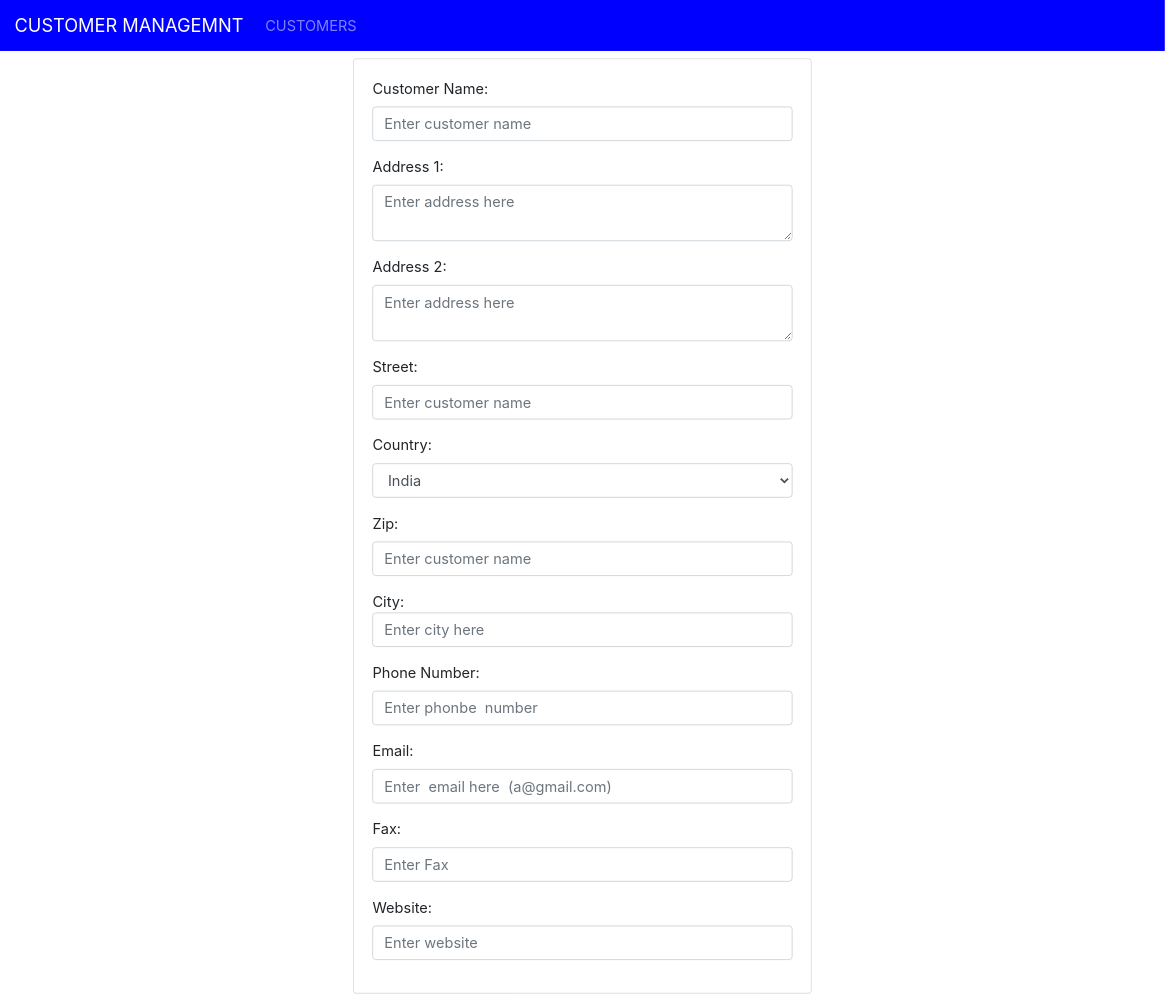
Repository: shruti-2522/webdirekt-assignment
Page: http://localhost/Customer-Project/customer-form.jsp
An editor plug-in stored every save of this project. The page is shown before and after the next save, followed by the edit.
The browser window is 1280 px wide. The pictures show the whole page, at 91% of full size.
The page is served by Tomcat 9. Other server files are loaded and not shown.

Above is the page before, as saved 2021-07-05 10:43:29.

### Customer-Project/src/main/webapp/customer-form.jsp
<%@ page language="java" contentType="text/html; charset=ISO-8859-1"
	pageEncoding="ISO-8859-1"%>
<!DOCTYPE html>
<html>
<head>
<meta charset="ISO-8859-1">
<title>Add Customer</title>
<link rel="stylesheet"
	href="https://cdn.jsdelivr.net/npm/bootstrap@4.5.3/dist/css/bootstrap.min.css"
	integrity="sha384-TX8t27EcRE3e/ihU7zmQxVncDAy5uIKz4rEkgIXeMed4M0jlfIDPvg6uqKI2xXr2"
	crossorigin="anonymous">
</head>
<body>

	<header>
		<nav class="navbar navbar-expand-md navbar-dark"
			style="background-color: blue">
			<div>
				<a class="navbar-brand">CUSTOMER MANAGEMNT</a>
			</div>

			<ul class="navbar-nav">
				<li><a href="<%=request.getContextPath()%>/list"
					class="nav-link">CUSTOMERS</a></li>
			</ul>
		</nav>


	</header>

	<div class="container col-md-5 mt-2">
		<div class="card">
			<div class="card-body">

				<fieldset class="form-group">
					<label>Customer Name:</label> <input type="text"
						class="form-control" placeholder="Enter customer name" name="name"
						required>
				</fieldset>


				<fieldset class="form-group">
					<label>Address 1:</label>
					<textarea class="form-control" name="addr1" placeholder="Enter address here" ></textarea>
			</fieldset>



				<fieldset class="form-group">
					<label>Address 2:</label>
					<textarea class="form-control" name="addr2" placeholder="Enter address here" ></textarea>
			</fieldset>

			<fieldset class="form-group">
					<label>Street:</label> <input type="text"
						class="form-control" placeholder="Enter customer name" name="street"
						>
				</fieldset>


			<fieldset class="form-group">
					<label>Country:</label>

					<select name="country"  class="form-control">
					<option>India</option>
					<option>America</option>
				    <option>Chin</option>
				    <option>Other</option>
					</select>
				</fieldset>

	<fieldset class="form-group">
					<label>Zip:</label> <input type="number"
						class="form-control" placeholder="Enter customer name" name="zip"
						>
				</fieldset>


				<fieldset class="form-group">
					<labell>City:</label> <input type="text"
						class="form-control" placeholder="Enter city here" name="city"
						>
				</fieldset>

					<fieldset class="form-group">
					<label>Phone Number:</label> <input type="number"
						class="form-control" placeholder="Enter phonbe  number" name="phone"
						>
				</fieldset>
				<fieldset class="form-group">
					<label>Email:</label> <input type="number"
						class="form-control" placeholder="Enter  email here  (a@gmail.com)" name="email"
						>
				</fieldset>

				<fieldset class="form-group">
					<label>Fax:</label> <input type="number"
						class="form-control" placeholder="Enter Fax" name="fax"
						>
				</fieldset>
				<fieldset class="form-group">
					<label>Website:</label> <input type="number"
						class="form-control" placeholder="Enter website" name="web"
						>
				</fieldset>

			</div>

		</div>
	</div>




</body>
</html>

After the next save:
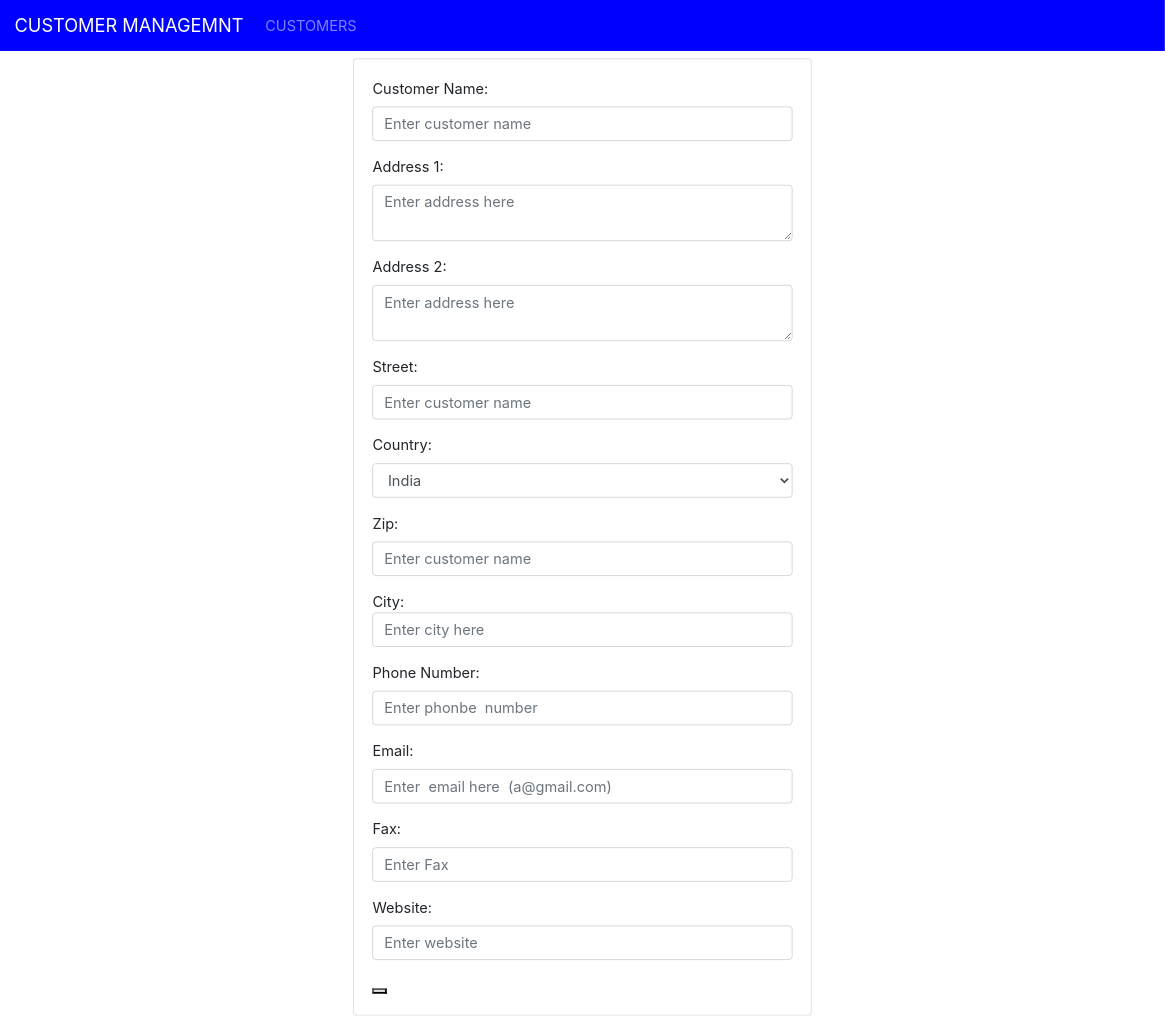
Saved 31 s later.
--- a/Customer-Project/src/main/webapp/customer-form.jsp
+++ b/Customer-Project/src/main/webapp/customer-form.jsp
@@ -104,6 +104,9 @@
 						>
 				</fieldset>
 
+
+
+<button type="submit" classs="btn  btn-success"></button>
 			</div>
 
 		</div>
